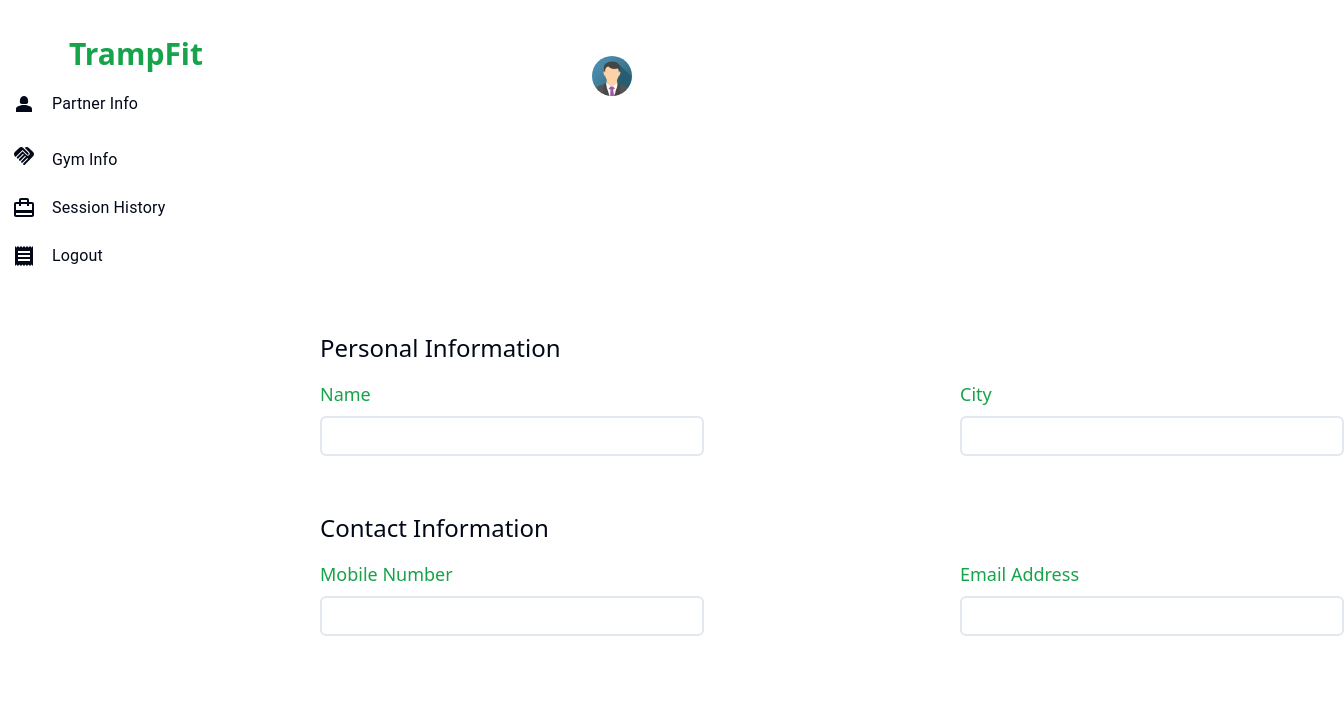
Repository: ezioxatul/TrampFit-Website
Page: /partner/partnerDashboard/partnerInfo (app in Frontend/)
These files come from the project's save history. The page is drawn as it stood at one moment and after the next save; the edit follows.
The browser window is 1280 px wide. The page is 1344 px wide, so the pictures cover 1344 px, including what lies to the right of the window. The pictures show the whole page.
The project was rebuilt for these pictures with package versions that can differ from the ones it lists, and the page was loaded fresh each time. The framework's server and built-in components were replaced by stand-ins that run in the browser. Also part of the build but not shown: Frontend/next.config.js, Frontend/next.config.mjs, Frontend/components/Loader.js, Frontend/components/Popup.js.

Above is the page before, as saved 2024-05-16 17:46:39.

### Frontend/pages/_app.js
import Loader from "@/components/Loader";
import "@/styles/globals.css";
import { useRouter } from "next/router";
import { useEffect, useState } from "react";


const Loading = () => {

  return (
    <Loader/>
  );
}

export default function App({ Component, pageProps }) {

  const [loading, setLoading] = useState(false);
  const router = useRouter();

  useEffect(() => {
    const handleStart = () => setLoading(true);
    const handleComplete = () => setLoading(false);

    router.events.on('routeChangeStart', handleStart);
    router.events.on('routeChangeComplete', handleComplete);
    router.events.on('routeChangeError', handleComplete);

    return () => {
      router.events.off('routeChangeStart', handleStart);
      router.events.off('routeChangeComplete', handleComplete);
      router.events.off('routeChangeError', handleComplete);
    };
  }, []);

  return (
    <>
    <div className="h-2">
      {
        loading  &&
          <Loading />

      }
      </div>
          <Component {...pageProps} />

    </>
  );
}

### Frontend/pages/_document.js
import { Html, Head, Main, NextScript } from "next/document";

export default function Document() {
  return (
    <Html lang="en">
          <Head />
          <body>
            <Main />
            <NextScript />
          </body>
        </Html>
        );
}

### Frontend/pages/partner/partnerDashboard/partnerInfo.js
import PartnerSideBar from "@/components/PartnerSideBar";
import { Avatar } from "@mui/material";
import { Input } from "@/components/ui/input";
import { Label } from "@/components/ui/label";
import { useEffect, useState } from "react";
import { useRouter } from "next/router";
import { ToastContainer, toast } from "react-toastify";

export default function partnerInfo() {
    const inputClassName = "w-96 text-lg border-2";
    const labelClassName = "text-lg text-green-600 font-normal";
    const containerClassName = "ml-80";

    return (
        <>
            <div className="flex flex-col min-h-screen">
                <div className="flex">
                    <PartnerSideBar />
                    <div className={`${containerClassName} mt-12 ml-8`}>
                        <Avatar className="w-36 h-36 text-6xl bg-black" src="/avtar.png" />
                    </div>
                </div>
                <div>
                    <h1 className={`${containerClassName} text-2xl mb-4`}>Personal Information</h1>
                    <div className={`${containerClassName} flex mb-10`}>
                        <div className="mr-32 space-y-2">
                            <Label htmlFor="name" className={labelClassName}>
                                Name
                            </Label>
                            <Input type="text" className={inputClassName} />
                        </div>
                        <div className="ml-32 space-y-2">
                            <Label htmlFor="city" className={labelClassName}>
                                City
                            </Label>
                            <Input type="text" className={inputClassName} />
                        </div>
                    </div>
                </div>
                <div>
                    <h1 className={`${containerClassName} text-2xl mb-4 mt-4`}>Contact Information</h1>
                    <div className={`${containerClassName} flex mb-10`}>
                        <div className="mr-32 space-y-2">
                            <Label htmlFor="name" className={labelClassName}>
                                Mobile Number
                            </Label>
                            <Input type="text" className={inputClassName} />
                        </div>
                        <div className="ml-32 space-y-2 mb-10">
                            <Label htmlFor="city" className={labelClassName}>
                                Email Address
                            </Label>
                            <Input type="text" className={inputClassName} />
                        </div>
                        <ToastContainer />
                    </div>
                </div>
            </div>
        </>
    );
}

### Frontend/styles/globals.css
@tailwind base;
@tailwind components;
@tailwind utilities;


@layer base {
  :root {
    --background: 0 0% 100%;
    --foreground: 222.2 84% 4.9%;

    --card: 0 0% 100%;
    --card-foreground: 222.2 84% 4.9%;

    --popover: 0 0% 100%;
    --popover-foreground: 222.2 84% 4.9%;

    --primary: 222.2 47.4% 11.2%;
    --primary-foreground: 210 40% 98%;

    --secondary: 210 40% 96.1%;
    --secondary-foreground: 222.2 47.4% 11.2%;

    --muted: 210 40% 96.1%;
    --muted-foreground: 215.4 16.3% 46.9%;

    --accent: 210 40% 96.1%;
    --accent-foreground: 222.2 47.4% 11.2%;

    --destructive: 0 84.2% 60.2%;
    --destructive-foreground: 210 40% 98%;

    --border: 214.3 31.8% 91.4%;
    --input: 214.3 31.8% 91.4%;
    --ring: 222.2 84% 4.9%;

    --radius: 0.5rem;
  }

  .dark {
    --background: 222.2 84% 4.9%;
    --foreground: 210 40% 98%;

    --card: 222.2 84% 4.9%;
    --card-foreground: 210 40% 98%;

    --popover: 222.2 84% 4.9%;
    --popover-foreground: 210 40% 98%;

    --primary: 210 40% 98%;
    --primary-foreground: 222.2 47.4% 11.2%;

    --secondary: 217.2 32.6% 17.5%;
    --secondary-foreground: 210 40% 98%;

    --muted: 217.2 32.6% 17.5%;
    --muted-foreground: 215 20.2% 65.1%;

    --accent: 217.2 32.6% 17.5%;
    --accent-foreground: 210 40% 98%;

    --destructive: 0 62.8% 30.6%;
    --destructive-foreground: 210 40% 98%;

    --border: 217.2 32.6% 17.5%;
    --input: 217.2 32.6% 17.5%;
    --ring: 212.7 26.8% 83.9%;
  }
}

@layer base {
  * {
    @apply border-border;
  }
  body {
    @apply bg-background text-foreground;
  }
}


.outline_remove:focus{


}
.focus-visible\:ring-offset-2:focus-visible{
  border:none !important;
  outline: none !important;
  border-style: none;
}

### Frontend/components/PartnerSideBar.js
import List from '@mui/material/List';
import ListItemButton from '@mui/material/ListItemButton';
import ListItemText from '@mui/material/ListItemText';
import Person2Icon from '@mui/icons-material/Person2';
import HandshakeIcon from '@mui/icons-material/Handshake';
import CardTravelIcon from '@mui/icons-material/CardTravel';
import ReceiptIcon from '@mui/icons-material/Receipt';
import LogoutIcon from '@mui/icons-material/Logout';

import { useState } from 'react';
import Link from 'next/link';
import Popup from './Popup';
import { useRouter } from 'next/router';

export default function PartnerSideBar() {

    let SideBarHeading = ['Partner Info', 'Gym Info', 'Session History', 'Logout'];

    let router = useRouter();
    let [start, setStart] = useState(false);

    const logout = () => {
        setStart(!start);
    }


    const logoutEvent = () => {
        localStorage.removeItem('partnerToken');
        setStart(false);
        router.push('/partner/partnerLogin')
    }
    return (
        <>
            <div className=" w-72  m-[-8px] p-1  mb-10">
                <Link href="#"><h1 className=' text-green-600 text-3xl font-semibold text-center mt-8 cursor-pointer'>TrampFit</h1></Link>

                <List className='bg-white mt-8 ml-6 space-y-2'>
                    {
                        SideBarHeading.map((text, index) => {
                            return (
                                index === 1 ?
                                    <>

                                        <ListItemButton className=' space-x-4 flex justify-between hover:bg-green-100 hover:rounded-2xl hover:text-green-600'>
                                            <Link href="#" className='flex space-x-4 '>
                                                <HandshakeIcon className='text-2xl' />
                                                <ListItemText primary={text} />
                                            </Link>
                                        </ListItemButton>

                                    </> :
                                    index === 0 ?
                                        <Link href="#">
                                            <ListItemButton className=' space-x-4 hover:bg-green-100 hover:rounded-2xl hover:text-green-600'>
                                                <Person2Icon className='text-2xl' />
                                                <ListItemText primary={text} />
                                            </ListItemButton>
                                        </Link> :
                                        index === 2 ?
                                            <Link href="#">
                                                <ListItemButton className=' space-x-4 hover:bg-green-100 hover:rounded-2xl hover:text-green-600'>
                                                    <CardTravelIcon className='text-2xl' />
                                                    <ListItemText primary={text} />
                                                </ListItemButton>
                                            </Link> :
                                            index === 3 ?
                                                <Link href="#">
                                                    <ListItemButton className=' space-x-4 hover:bg-green-100 hover:rounded-2xl hover:text-green-600'>
                                                        <ReceiptIcon className='text-2xl' />
                                                        <ListItemText primary={text} />
                                                    </ListItemButton>
                                                </Link> :
                                                <ListItemButton className=' space-x-4 hover:bg-green-100 hover:rounded-2xl hover:text-green-600' onClick={logout}>
                                                    <LogoutIcon className='text-2xl' />
                                                    <ListItemText primary={text} />
                                                    <Popup open={start} title={"Do you Really want to Logout?"} cancel="Cancel" logout="Logout" logoutEvent={logoutEvent} cancelEvent={logout} />
                                                </ListItemButton>
                            )
                        })
                    }
                </List>
            </div>
        </>
    );
}

### Frontend/tailwind.config.js
/** @type {import('tailwindcss').Config} */
module.exports = {
  darkMode: ["class"],
  content: [
    './pages/**/*.{js,jsx}',
    './components/**/*.{js,jsx}',
    './app/**/*.{js,jsx}',
    './src/**/*.{js,jsx}',
  ],
  prefix: "",
  theme: {
    container: {
      center: true,
      padding: "2rem",
      screens: {
        "2xl": "1400px",
      },
    },
    extend: {fontFamily: {
      play: ["Play", "sans-serif"],
    },
      colors: {
        border: "hsl(var(--border))",
        input: "hsl(var(--input))",
        ring: "hsl(var(--ring))",
        background: "hsl(var(--background))",
        foreground: "hsl(var(--foreground))",
        primary: {
          DEFAULT: "hsl(var(--primary))",
          foreground: "hsl(var(--primary-foreground))",
        },
        secondary: {
          DEFAULT: "hsl(var(--secondary))",
          foreground: "hsl(var(--secondary-foreground))",
        },
        destructive: {
          DEFAULT: "hsl(var(--destructive))",
          foreground: "hsl(var(--destructive-foreground))",
        },
        muted: {
          DEFAULT: "hsl(var(--muted))",
          foreground: "hsl(var(--muted-foreground))",
        },
        accent: {
          DEFAULT: "hsl(var(--accent))",
          foreground: "hsl(var(--accent-foreground))",
        },
        popover: {
          DEFAULT: "hsl(var(--popover))",
          foreground: "hsl(var(--popover-foreground))",
        },
        card: {
          DEFAULT: "hsl(var(--card))",
          foreground: "hsl(var(--card-foreground))",
        },
      },
      borderRadius: {
        lg: "var(--radius)",
        md: "calc(var(--radius) - 2px)",
        sm: "calc(var(--radius) - 4px)",
      },
      keyframes: {
        "accordion-down": {
          from: { height: "0" },
          to: { height: "var(--radix-accordion-content-height)" },
        },
        "accordion-up": {
          from: { height: "var(--radix-accordion-content-height)" },
          to: { height: "0" },
        },
      },
      animation: {
        "accordion-down": "accordion-down 0.2s ease-out",
        "accordion-up": "accordion-up 0.2s ease-out",
      },
    },
  },
  plugins: [require("tailwindcss-animate")],
}

Loaded but not shown: Frontend/components/ui/input.jsx (common file); Frontend/components/ui/label.jsx (common file); Frontend/lib/utils.js (common file)

After the next save:
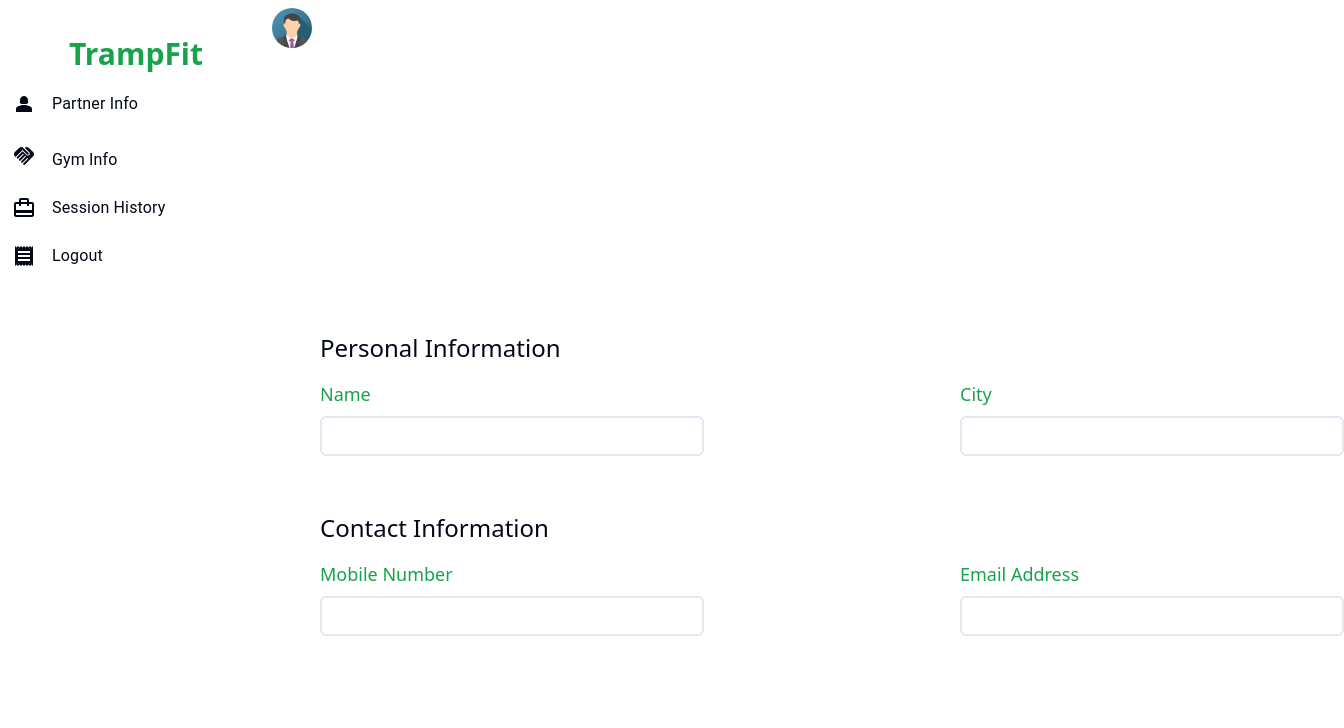
Saved 39 s later.
--- a/Frontend/pages/partner/partnerDashboard/partnerInfo.js
+++ b/Frontend/pages/partner/partnerDashboard/partnerInfo.js
@@ -16,9 +16,7 @@ export default function partnerInfo() {
             <div className="flex flex-col min-h-screen">
                 <div className="flex">
                     <PartnerSideBar />
-                    <div className={`${containerClassName} mt-12 ml-8`}>
                         <Avatar className="w-36 h-36 text-6xl bg-black" src="/avtar.png" />
-                    </div>
                 </div>
                 <div>
                     <h1 className={`${containerClassName} text-2xl mb-4`}>Personal Information</h1>
